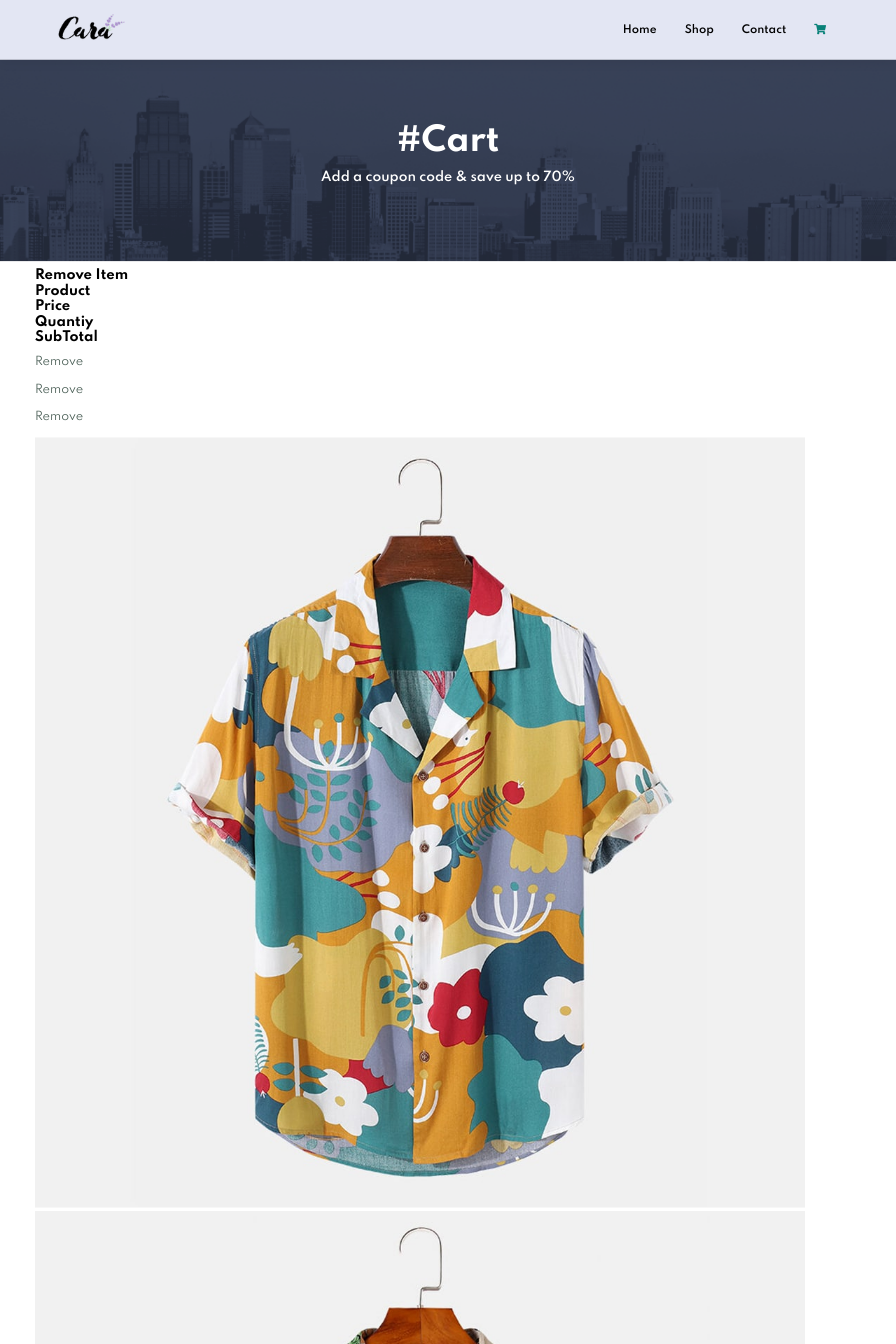
Repository: Daryllgio/E-Commerce-Website-UI
Page: cart.html
An editor plug-in stored every save of this project. The page is shown before and after the next save, followed by the edit.
The browser window is 1280 px wide. The pictures show the part of the page from y = 0 to 1920 px (the page is 4406 px tall before and 4318 px after), at 70% of full size.
Some web libraries are served in a nearby version.

Above is the page before, as saved 2025-01-02 01:35:24.

### cart.html
<!DOCTYPE html>
<html lang="en">

<head>
    <meta charset="UTF-8">
    <meta http-equiv="X-UA-Compatible" content="IE=edge">
    <meta name="viewport" content="width=device-width, initial-scale=1.0">
    <title>Document</title>

    <link rel="stylesheet" href="https://pro.fontawesome.com/releases/v5.10.0/css/all.css" />

    <link rel="stylesheet" href="style.css">
</head>

<body>
    <section id="header">
        <a href="#"><img src="img/logo.png" id="logo" class="logo" alt=""></a>

        <div>
            <ul id="navbar">
                <li>
                    <a href="index.html">Home</a>
                </li>
                <li>
                    <a href="shop.html">Shop</a>
                </li>
                <li>
                    <a href="contact.html">Contact</a>
                </li>
                <li>
                    <a class="active" href="cart.html"><i class="fa fa-shopping-cart" aria-hidden="true"></i></a>
                </li>

            </ul>
        </div>
    </section>

    <section id="CartPageheader" class="section-p1">
        <h2>#Cart</h2>
        <p>Add a coupon code & save up to 70%</p>
    </section>

    <section id="Cart-Summary-Container">
        <div class="Cart-Content-Header">
            <h3>
                Remove Item
            </h3>
            <h3>
                Product
            </h3>
            <h3>
                Price
            </h3>
            <h3>
                Quantiy
            </h3>
            <h3>
                SubTotal
            </h3>
        </div>
        <div>
            <p>
                Remove
            </p>
            <p>
                Remove
            </p>
            <p>
                Remove
            </p>
        </div>

        <div>
            <img src="img/products/f1.jpg" class="option" alt="">
            <img src="img/products/f2.jpg" class="option" alt="">
            <img src="img/products/f3.jpg" class="option" alt="">
        </div>

        <div>
            <p>
                Cartoon Astronaut T-Shirts
            </p>
            <p>
                Cartoon Astronaut T-Shirts
            </p>
            <p>
                Cartoon Astronaut T-Shirts
            </p>
        </div>
        <div>
            <p>
                $118.9
            </p>
            <p>
                $118.9
            </p>
            <p>
                $118.9
            </p>
        </div>

        <div>
            <div class="Product-Num-Container">
                <div class="dropdown">
                    <button class="Size-btn" onclick="toggleDropdown('myDropdown2')">1</button>
                    <div class="dropdown-content" id="myDropdown2">
                        <a href="#" onclick="updateButtonText('myDropdown2', this)">1</a>
                        <a href="#" onclick="updateButtonText('myDropdown2', this)">2</a>
                        <a href="#" onclick="updateButtonText('myDropdown2', this)">3</a>
                        <a href="#" onclick="updateButtonText('myDropdown2', this)">4</a>
                        <a href="#" onclick="updateButtonText('myDropdown2', this)">5</a>
                        <a href="#" onclick="updateButtonText('myDropdown2', this)">6</a>
                        <a href="#" onclick="updateButtonText('myDropdown2', this)">7</a>
                        <a href="#" onclick="updateButtonText('myDropdown2', this)">8</a>
                        <a href="#" onclick="updateButtonText('myDropdown2', this)">9</a>
                        <a href="#" onclick="updateButtonText('myDropdown2', this)"></a>
                    </div>
                </div>
            </div>
            <div class="Product-Num-Container">
                <div class="dropdown">
                    <button class="Size-btn" onclick="toggleDropdown('myDropdown2')">1</button>
                    <div class="dropdown-content" id="myDropdown2">
                        <a href="#" onclick="updateButtonText('myDropdown2', this)">1</a>
                        <a href="#" onclick="updateButtonText('myDropdown2', this)">2</a>
                        <a href="#" onclick="updateButtonText('myDropdown2', this)">3</a>
                        <a href="#" onclick="updateButtonText('myDropdown2', this)">4</a>
                        <a href="#" onclick="updateButtonText('myDropdown2', this)">5</a>
                        <a href="#" onclick="updateButtonText('myDropdown2', this)">6</a>
                        <a href="#" onclick="updateButtonText('myDropdown2', this)">7</a>
                        <a href="#" onclick="updateButtonText('myDropdown2', this)">8</a>
                        <a href="#" onclick="updateButtonText('myDropdown2', this)">9</a>
                        <a href="#" onclick="updateButtonText('myDropdown2', this)"></a>
                    </div>
                </div>
            </div>
            <div class="Product-Num-Container">
                <div class="dropdown">
                    <button class="Size-btn" onclick="toggleDropdown('myDropdown2')">1</button>
                    <div class="dropdown-content" id="myDropdown2">
                        <a href="#" onclick="updateButtonText('myDropdown2', this)">1</a>
                        <a href="#" onclick="updateButtonText('myDropdown2', this)">2</a>
                        <a href="#" onclick="updateButtonText('myDropdown2', this)">3</a>
                        <a href="#" onclick="updateButtonText('myDropdown2', this)">4</a>
                        <a href="#" onclick="updateButtonText('myDropdown2', this)">5</a>
                        <a href="#" onclick="updateButtonText('myDropdown2', this)">6</a>
                        <a href="#" onclick="updateButtonText('myDropdown2', this)">7</a>
                        <a href="#" onclick="updateButtonText('myDropdown2', this)">8</a>
                        <a href="#" onclick="updateButtonText('myDropdown2', this)">9</a>
                        <a href="#" onclick="updateButtonText('myDropdown2', this)"></a>
                    </div>
                </div>
            </div>
        </div>
        <div>
            <p>
                $118.9
            </p>
            <p>
                $118.9
            </p>
            <p>
                $118.9
            </p>
        </div>
    </section>


    <script src="script.js"></script>

</body>

</html>

### style.css
@import url("https://fonts.googleapis.com/css2?family=Spartan:wght@100;200;300;400;500;600;700;800;900&display=swap");

* {
  margin: 0;
  padding: 0;
  box-sizing: border-box;
  font-family: "Spartan", sans-serif;
}

html {
  scroll-behavior: smooth;
}

/* Global Styles */

h1 {
  font-size: 50px;
  line-height: 64px;
  color: #222;
}

h2 {
  font-size: 46px;
  line-height: 54px;
  color: #222;
}

h4 {
  font-size: 20px;
  color: #222;
}

h6 {
  font-weight: 700;
  font-size: 12px;
}

p {
  font-size: 16px;
  color: #465b52;
  margin: 15px 0 20px 0;
}

.section-p1 {
  padding: 40px 80px;
}

.section-m1 {
  margin: 40px 0;
}

button.normal {
  font-size: 14px;
  font-weight: 400;
  padding: 15px 20px;
  border-radius: 5px;
  cursor: pointer;
  border: none;
  outline: none;
  transition: 0.3s;
}

body {
  width: 100%;
}

#header {
  display: flex;
  align-items: center;
  justify-content: space-between;
  padding: 20px 80px;
  background: #E3E6F3;
  box-shadow: 0 5px 15px rgba(0, 0, 0, 0.06);
  position: sticky;
  top: 0;
  left: 0;

}



#navbar {
  display: flex;
  align-items: center;
  justify-content: center;
}

#navbar li {
  list-style: none;
  padding: 0px 20px;
}

#navbar li a {
  text-decoration: none;
  font-size: 15px;
  font-weight: 600;
  color: #000;
  transition: 0.3s ease;
}

#navbar li a:hover,
#navbar li a.active {
  color: #088178;
}

#HomeHeaderContent {
  background-image: url("img/hero4.png");
  height: 90vh;
  width: 100%;
  background-size: cover;
  background-position: top 25% right 0;
  padding: 0 80px;
  align-items: flex-start;
  display: flex;
  flex-direction: column;
  justify-content: center;
}

#HomeHeaderContent h4 {
  margin-bottom: 10px;
}

#HomeHeaderContent h1 {
  color: #088178;
}

#HomeHeaderContent button {
  color: #088178;
  background-image: url("img/button.png");
  font-size: 15px;
  font-weight: 600;
  background-color: transparent;
  border: 0;
  padding: 14px 80px 14px 65px;
  background-repeat: no-repeat;
  cursor: pointer;
}

#Features {
  display: flex;
  justify-content: space-between;
}

#Features .fe-box {
  width: 200px;
  text-align: center;
  padding: 35px 25px;
  border: 1px solid #cce7d0;
  box-shadow: 20px 20px 34px rgba(0, 0, 0, 0.03);
  border-radius: 10px;
}

#Features .fe-box:hover {
  box-shadow: 10px 10px 54px rgba(0, 0, 0, 0.1);
}

#Features .fe-box img {
  margin-bottom: 10px;
}

#Features .fe-box h6 {
  font-size: 13px;
  display: inline-block;
  line-height: 1;
  border-radius: 4px;
  color: #088178;
  background-color: #fddde4;
  padding: 9px 8px 6px 8px;
}

#Features .fe-box:nth-child(2) h6 {
  background-color: #cdebbc;
}

#Features .fe-box:nth-child(3) h6 {
  background-color: #d1e8f2;
}

#Features .fe-box:nth-child(4) h6 {
  background-color: #cdd4f8;
}

#Features .fe-box:nth-child(5) h6 {
  background-color: #f6dbf6;
}

#Features .fe-box:nth-child(6) h6 {
  background-color: #fff2e5;
}

#product1 {
  text-align: center;
}

#product1 .pro {
  width: 23%;
  min-width: 250px;
  padding: 10px 25px;
  border: 1px solid #f0f0f0;
  border-radius: 20px;
  cursor: pointer;
  box-shadow: 20px 20px 30px rgba(0, 0, 0, 0.02);
  transition: 0.3s ease;
}

#product1 .pro:hover {
  box-shadow: 20px 20px 30px rgba(0, 0, 0, 0.06);

}

#product1 .pro img {
  width: 100%;
  border-radius: 20px;
}

#product1 .pro .des {
  text-align: start;
  padding: 10px 0;
}

#product1 .pro .des span {
  color: #606063;
  font-size: 12px;
}

#product1 .pro .des h5 {
  color: #1a1a1a;
  font-size: 14px;
  padding-top: 7px;
}

#product1 .pro .des .fa-star {
  color: rgb(243, 181, 25);
  font-size: 12px;
}

#product1 .pro .des h4 {
  font-size: 16px;
  padding-top: 7px;
  font-weight: 700;
  color: #088178;

}

#product1 .pro .Shop {
  display: flex;
  justify-content: space-between;
}

#product1 .pro .des .fa-shopping-cart {
  width: 40px;
  height: 40px;
  line-height: 40px;
  border-radius: 50px;
  font-size: 17px;
  background-color: #e8f6ea;
  font-weight: 500;
  color: #088178;
  border: 1px solid #cce7d0;
  text-align: center;
}

#product1 .pro-container {
  display: flex;
  justify-content: space-between;
  padding: 20px;
  flex-wrap: wrap;
}


#banner {
  background-image: url("img/banner/b2.jpg");
  height: 40vh;
  width: 100%;
  background-size: cover;
  background-position: top 25% right 0;
  padding: 0 80px;
  text-align: center;
  display: flex;
  flex-direction: column;
  align-items: center;
  justify-content: center;
}

#banner p {
  font-size: 15px;
  margin-bottom: 15px;
  font-weight: 400;
  color: #ffffff;
}

#banner h2 {
  color: #fff;
  margin-bottom: 15px;
}

#banner span {
  color: red;
}

#banner button:hover {
  color: #fff;
  background-color: #088178;
}



#sm-banner {
  display: flex;
  justify-content: space-between;
  flex-wrap: wrap;
  margin-bottom: 10px;
}

#sm-banner .banner-box {
  background-image: url("img/banner/b17.jpg");
  height: 50vh;
  min-width: 620px;
  background-size: cover;
  padding: 0 20px;
  display: flex;
  flex-direction: column;
  align-items: flex-start;
  justify-content: center;

}

#sm-banner .banner-box:nth-child(2) {
  background-image: url("img/banner/b10.jpg");
}

#sm-banner p {
  font-size: 20px;
  color: #fff;
}

#sm-banner h2 {
  color: #fff;
}

#sm-banner span {
  font-size: 17px;
  color: #fff;
  margin-top: 15px;
}

#sm-banner button {
  margin-top: 25px;
  background-color: transparent;
  color: #fff;
  border: 1px solid #fff;
  transition: 0.3s ease;

}

#sm-banner button:hover {
  border: 0;
  background-color: #088178;
}




#sm-banner2 {
  display: flex;
  justify-content: space-between;
}

#sm-banner2 .banner-box {
  background-image: url("img/banner/b7.jpg");
  height: 30vh;
  width: 420px;
  background-size: cover;
  padding: 0 20px;
  display: flex;
  flex-direction: column;
  align-items: flex-start;
  justify-content: center;
  overflow: hidden;

}

#sm-banner2 .banner-box:nth-child(2) {
  background-image: url("img/banner/b4.jpg");
}

#sm-banner2 .banner-box:nth-child(3) {
  background-image: url("img/banner/b18.jpg");
}

#sm-banner2 h3 {
  font-size: 28px;
  color: #fff;
}

#sm-banner2 span {
  font-size: 17px;
  color: #fff;
  font-weight: 600;
  margin-top: 15px;
}

#sm-NewsLetter {
  background-image: url("img/banner/b14.png");
  background-repeat: no-repeat;
  height: 20vh;
  width: 100%;
  background-size: cover;
  background-position: top 25% right 30%;
  background-color: #041e42;
}

#sm-NewsLetter .Newsletters-Container {
  justify-content: space-between;
  padding: 0 10px;
  display: flex;
  flex-direction: row;
  align-items: center;
}

#sm-NewsLetter .Newsletters-Container h3 {
  color: #fff;
  font-size: 24px;
}

#sm-NewsLetter .Newsletters-Container p {
  color: #fff;
}

#sm-NewsLetter .Newsletters-Container span {
  color: rgb(243, 181, 25);
}

#sm-NewsLetter .Newsletters-Input {
  display: flex;
}

#sm-NewsLetter input {
  width: 400px;
  border: 0;
  border-radius: 5px;
  border-top-right-radius: 0;
  border-bottom-right-radius: 0;
  height: 55px;
  padding-left: 30px;
  font-size: 16px;
}

#sm-NewsLetter button {
  width: 150px;
  height: 55px;
  font-size: 16px;
  color: #fff;
  background-color: #088178;
  border: 0;
  border-radius: 5px;
  border-top-left-radius: 0;
  border-bottom-left-radius: 0;
}

#Footer {
  display: flex;
  flex-direction: row;
  justify-content: space-between;
}

#Footer .Footer-box {
  display: flex;
  flex-direction: column;
}

#Footer a {
  margin-bottom: 10px;
  text-decoration: none;
  color: #000;
}



#Footer h3 {
  margin-bottom: 10px;
}

#Footer .Social-Icons {
  display: flex;
  flex-direction: row;
  align-items: center;
}

#Footer i {
  margin-right: 10px;
}

#Footer span {
  font-weight: 600;
}

#Footer p {
  margin-bottom: 10px;
}

#Footer .pay {
  border: 1px solid #088178;
  border-radius: 10px;
}

#copyright p {
  text-align: center;
  font-size: 17px;
  font-weight: 400;
}

#ShopPageheader {
  background-image: url("img/banner/b1.jpg");
  height: 40vh;
  width: 100%;
  background-size: cover;
  background-position: top 25% right 0;
  padding: 0 80px;
  text-align: center;
  display: flex;
  flex-direction: column;
  align-items: center;
  justify-content: center;
}

#ShopPageheader h2 {
  color: #fff;
}

#ShopPageheader p {
  color: #fff;
  font-size: 18px;
  font-weight: 600;
}

#ShopPagePagination {
  display: flex;
  align-items: center;
  justify-content: center;
  margin-bottom: 20px;
}

#ShopPagePagination a {
  padding: 20px 25px;
  align-items: center;
  text-align: center;
  background-color: #088178;
  font-size: 15px;
  font-weight: 600;
  border: 0;
  text-decoration: none;
  border-radius: 10px;
  margin-right: 10px;
  color: #fff;
}

#ShopPagePagination a i {
  font-size: 18px;
}

.dropdown-content {
  display: none;
  position: absolute;
  background-color: #f9f9f9;
  min-width: 160px;
  box-shadow: 0px 8px 16px rgba(0, 0, 0, 0.2);
  z-index: 1;
}

.dropdown-content a {
  color: black;
  padding: 12px 16px;
  text-decoration: none;
  display: block;
}

.dropdown-content a:hover {
  background-color: #f1f1f1;
}

#Product-Detail-Container {
  display: flex;
  padding: 0 80px;
  margin-top: 30px;
}

#Product-Detail-Container .OptionContainer {
  display: flex;
  align-items: center;
  flex-direction: column;
  margin-right: 30px;
}

#Product-Detail-Container .OptionSubContainer {
  display: flex;
  justify-content: flex-start;
}



#MainImg {
  width: 590px;
  height: 60vh;
  margin-bottom: 10px;
}

#Product-Detail-Container .option {
  width: 140px;
  height: 20vh;
  margin-right: 10px;
  cursor: pointer;
}

#Product-Detail-Container .Product-Category {
  margin-bottom: 20px;
}

#Product-Detail-Container .Product-Price {
  margin-bottom: 20px;
}

#Product-Detail-Container .dropdown-btn {
  padding: 12px 25px;
  border: 1px solid;
  border-radius: 5px;
  background-color: transparent;
}

#Product-Detail-Container .Product-Num-Container {
  display: flex;
  align-items: center;
  margin-top: 10px;
  margin-bottom: 50px;
}

#Product-Detail-Container .Size-btn {
  padding: 12px 25px;
  border: 1px solid;
  border-radius: 5px;
  text-align: center;
  margin-right: 10px;
  background-color: #fff;
}

#Product-Detail-Container .AddToCart-btn {
  padding: 16px 25px;
  border: 0;
  border-radius: 7px;
  text-align: center;
  background-color: #088178;
  color: #fff;
  font-size: 15px;
  font-weight: 600;
}


#Product-Detail-Container .Product-Detail-Header {
  color: #000;
  font-size: 22px;
  font-weight: 600;
}

#Product-Detail-Container .Product-Details {
  color: #000;
  line-height: 25px;
}

#ContactPageheader {
  background-image: url("img/about/banner.png");
  height: 40vh;
  width: 100%;
  background-size: cover;
  background-position: top 25% right 0;
  padding: 0 80px;
  text-align: center;
  display: flex;
  flex-direction: column;
  align-items: center;
  justify-content: center;
}

#ContactPageheader h2 {
  color: #fff;
}

#ContactPageheader p {
  color: #fff;
  font-size: 18px;
  font-weight: 600;
}

#ContactDetailContainer {
  display: flex;
  align-items: center;
  gap: 20px;
  padding: 30px 50px;
}

#ContactDetailContainer .ContactDetail {
  display: flex;
  align-items: center;
  gap: 10px;
}

#ContactDetailContainer h2 {
  margin-bottom: 20px;
}

#ContactDetailContainer p {
  color: #000;
  font-size: 17px;
}

#Contact-Input {
  display: flex;
  flex-direction: column;
  gap: 10px;
  padding: 20px 100px;
  align-items: center;
}

#Contact-Input h2 {
  text-align: center;
}

#Contact-Input .Input-Box {
  width: 600px;
  height: 40px;
  padding: 0 20px;
  border-radius: 5px;
  border: 1px solid #e1e1e1;
}

#Contact-Input .Input-Message-Box {
  width: 600px;
  height: 200px;
  border: 1px solid #e1e1e1;
  border-radius: 5px;
  padding-left: 15px;
  padding-top: 15px;
}

#Contact-Input button {
  padding: 16px 25px;
  border: 0;
  border-radius: 7px;
  text-align: center;
  background-color: #088178;
  color: #fff;
  font-size: 15px;
  font-weight: 600;
}

#CartPageheader {
  background-image: url("img/about/banner.png");
  height: 40vh;
  width: 100%;
  background-size: cover;
  background-position: top 25% right 0;
  padding: 0 80px;
  text-align: center;
  display: flex;
  flex-direction: column;
  align-items: center;
  justify-content: center;
}

#CartPageheader h2 {
  color: #fff;
}

#CartPageheader p {
  color: #fff;
  font-size: 18px;
  font-weight: 600;
}

#Cart-Summary-Container {
  display: flex;
  flex-direction: column;
  padding: 10px 50px;
}

#Cart-Summary-Container .Cart-Content-Header {
  display: flex;
  flex-direction: column;

}

### script.js
// Script for navigation bar
function toggleDropdown(dropdownId) {
    const dropdown = document.getElementById(dropdownId);
    const isOpen = dropdown.style.display === "block";
    closeAllDropdowns(); // Close any other open dropdowns
    dropdown.style.display = isOpen ? "none" : "block";
}

function closeAllDropdowns() {
    const dropdowns = document.querySelectorAll(".dropdown-content");
    dropdowns.forEach(dropdown => {
        dropdown.style.display = "none";
    });
}

function updateButtonText(dropdownId, selectedItem) {
    const dropdown = document.getElementById(dropdownId);
    const button = dropdown.previousElementSibling; // Select the button associated with the dropdown
    button.textContent = selectedItem.textContent; // Update button text with the selected item's text
    dropdown.style.display = "none"; // Close the dropdown after selection
}

// Close dropdowns when clicking outside
document.addEventListener("click", function (event) {
    if (!event.target.matches(".dropdown-btn") && !event.target.matches(".Size-btn")) {
        closeAllDropdowns();
    }
});

After the next save:
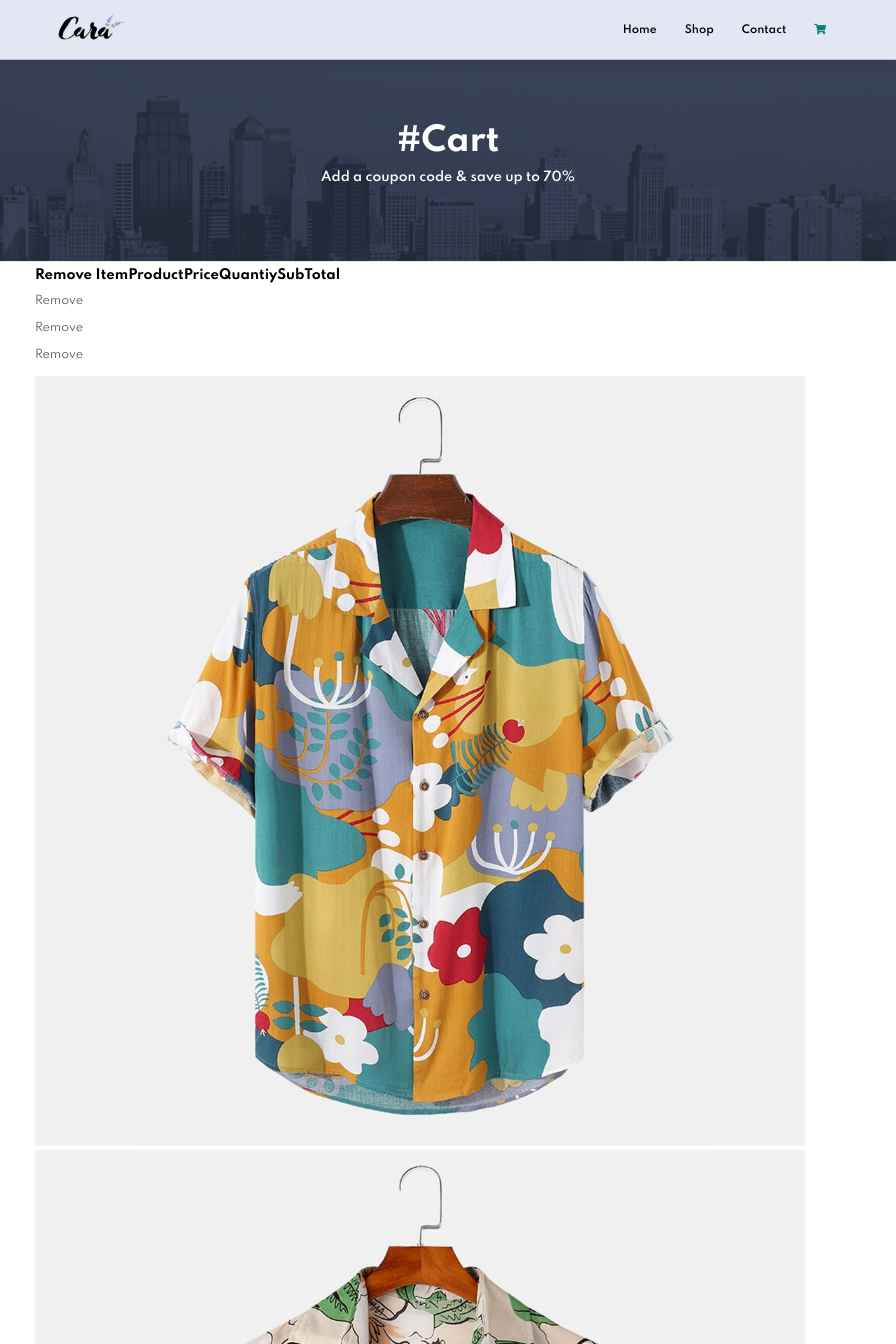
Saved 51 s later.
--- a/style.css
+++ b/style.css
@@ -785,5 +785,6 @@ body {
 #Cart-Summary-Container .Cart-Content-Header {
   display: flex;
   flex-direction: column;
-
-}
+  flex-direction: row;
+
+}
